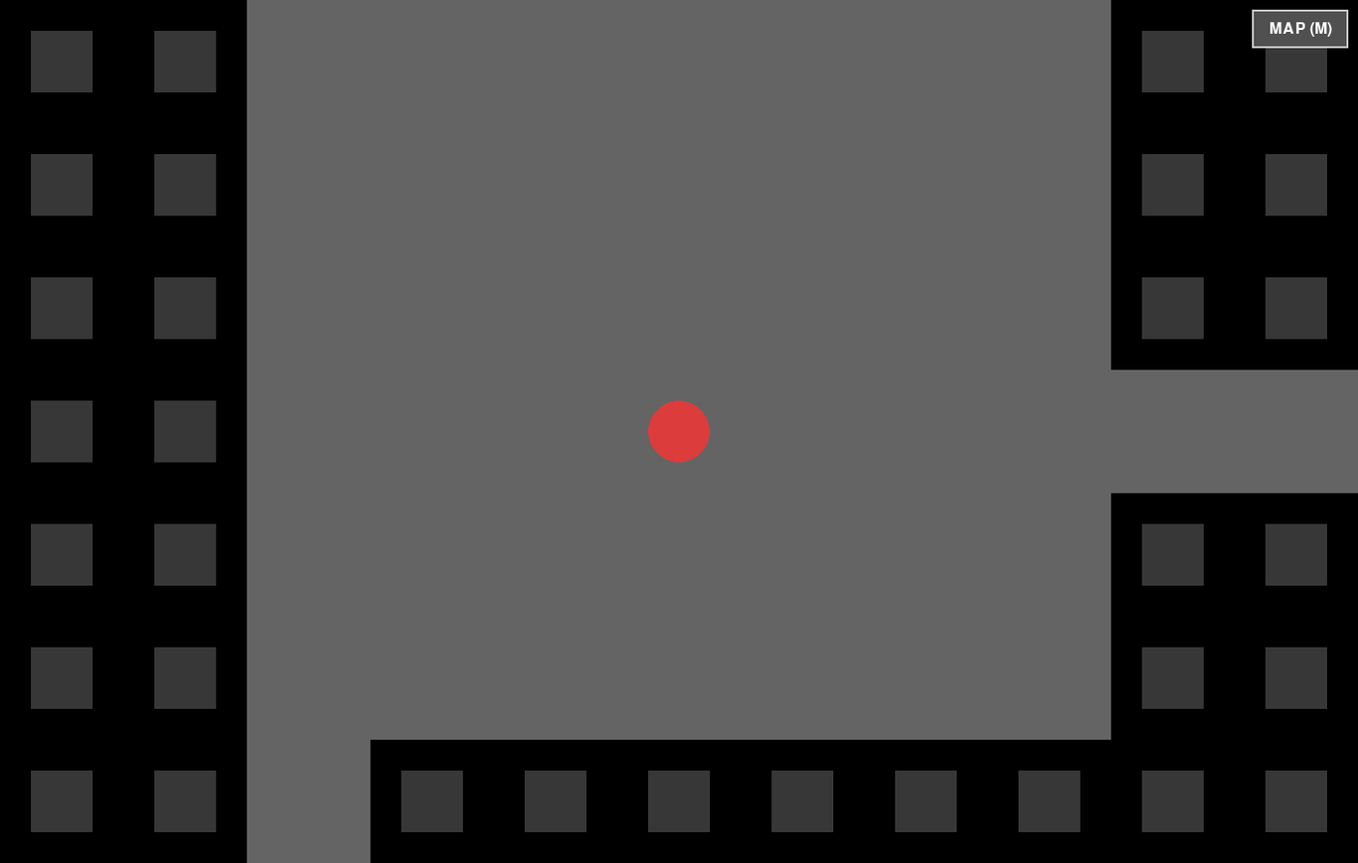
Repository: Nakib-Arman/Game-Jam-2026
Script's output: python main.py
The author's editor kept a copy of each file at every save. The script's output is drawn from the files as they stood at one save, then again after the next save.
The pictures are shown at 97% of full size.
Figures wider than 1,400 px are first shrunk to that width. The window is shown after at most 60 frames with no key pressed. Random numbers start from a fixed seed.

Above is the script's output before, as saved 2026-01-24 21:51:12.

After the next save:
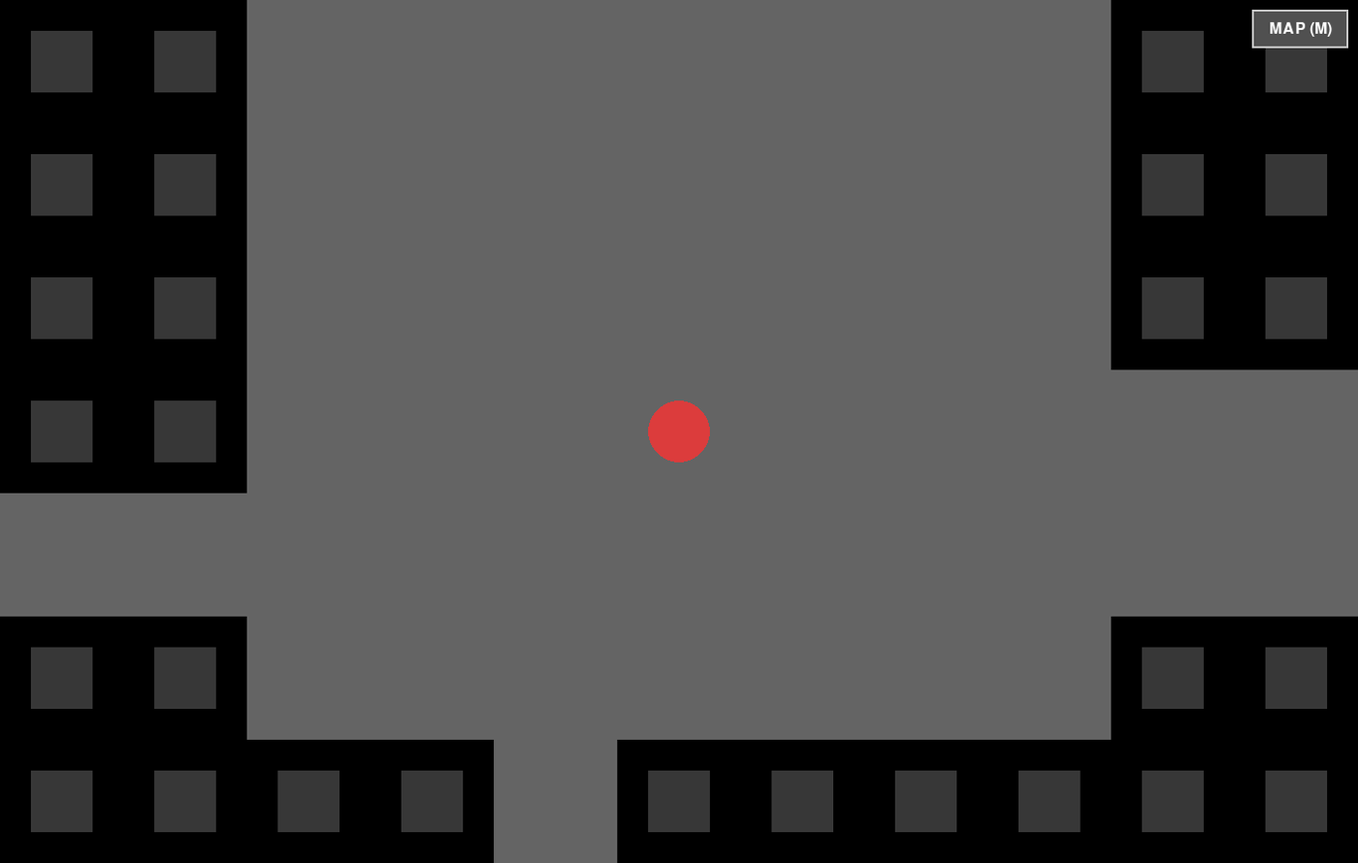
Saved 102 s later.
--- a/main.py
+++ b/main.py
@@ -6,8 +6,8 @@
 # CONFIGURATION
 # ======================
 
-WORLD_ROWS = 100
-WORLD_COLS = 100
+WORLD_ROWS = 200
+WORLD_COLS = 200
 
 VIEW_ROWS = 7
 VIEW_COLS = 11
